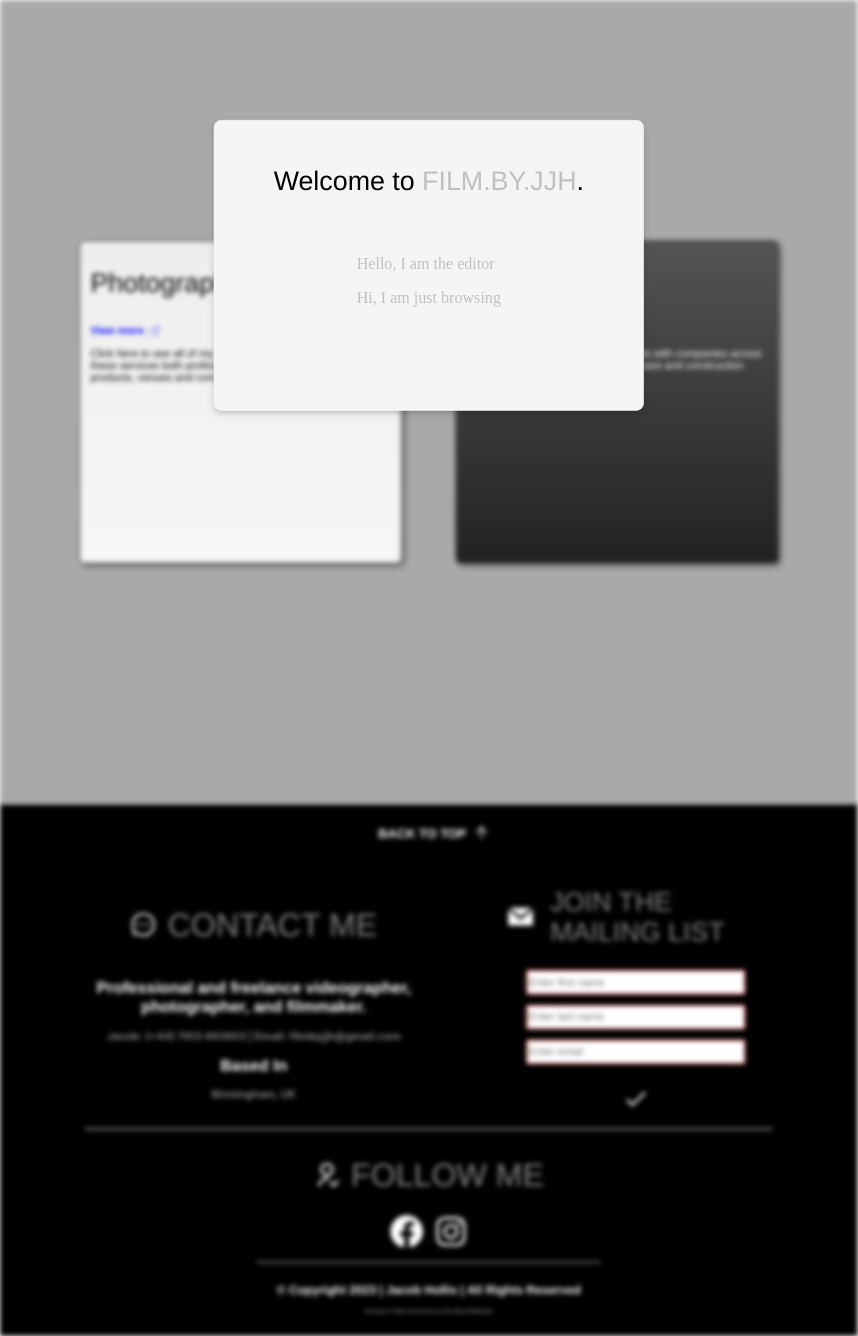
Repository: ThomasMTurner/filmbyjjh-portfolio
Page: /portfolio (app in client/)
An editor plug-in stored every save of this project. The page is shown before and after the next save, followed by the edit.
The browser window is 1280 px wide. The pictures show the whole page, at 67% of full size.
The project was rebuilt for these pictures with package versions that can differ from the ones it lists, and the page was loaded fresh each time. Also part of the build but not shown: client/vite.config.js, client/src/pages/Components/TagComponents.jsx, client/src/pages/Components/Post.jsx, client/src/pages/Components/SearchBar.jsx, client/src/pages/Updates.jsx, client/src/pages/Contact.jsx, client/src/pages/Home.jsx, client/src/pages/Videography.jsx and 1 more. Imported but missing from the stored project, and not drawn on this page: client/src/pages/Components/Videos/header.mp4, client/src/pages/Components/Videos/portfolio-reel.mp4.

Above is the page before, as saved 2023-10-20 16:11:11.

After the next save:
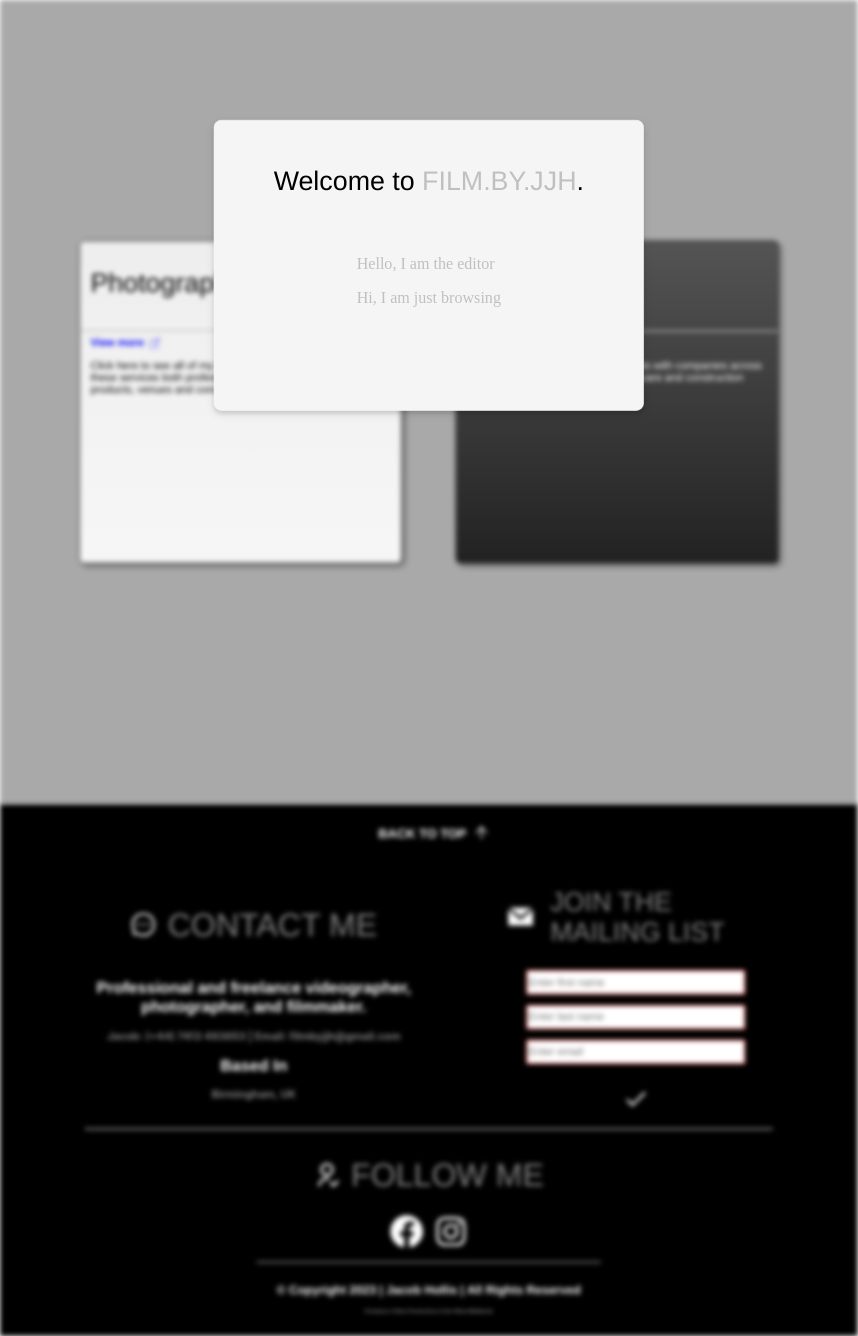
Saved 28 s later.
--- a/client/src/pages/Portfolio.jsx
+++ b/client/src/pages/Portfolio.jsx
@@ -26,6 +26,7 @@ const PortfolioCard = (props) => {
         >
           {props.title}
         </p>
+        <hr style={{width:'100%', color:'white'}} />
         <button
           className={`portfolio-card-button ${hovering ? 'portfolio-card-button-hover' : ''}`}
           type="button"
